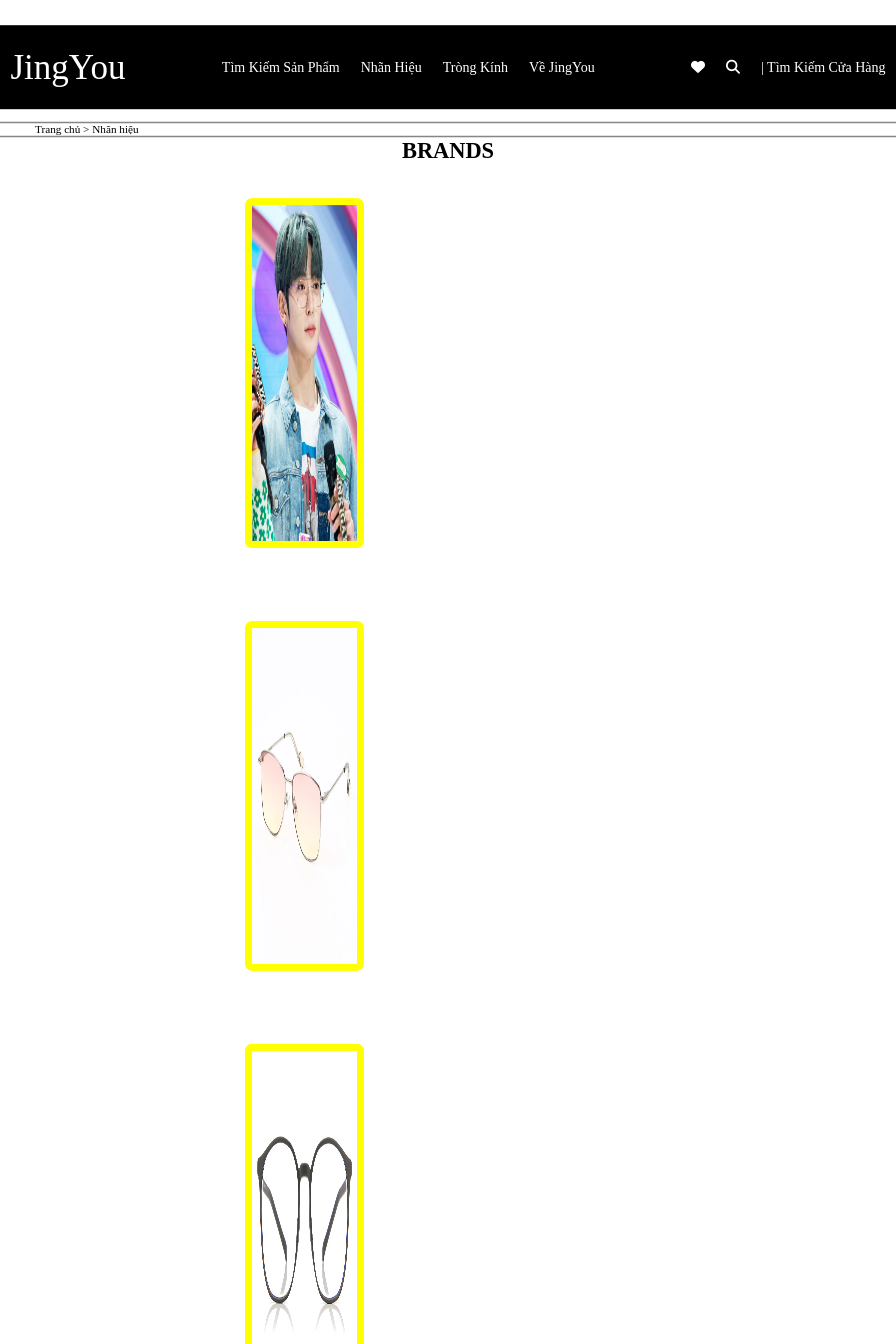
Repository: Cupid123588/Assignment
Page: bt2.html
An editor plug-in stored every save of this project. The page is shown before and after the next save, followed by the edit.
The browser window is 1280 px wide. The pictures show the part of the page from y = 0 to 1920 px (the page is 5391 px tall before and 4991 px after), at 70% of full size.

Above is the page before, as saved 2022-10-18 16:11:03.

After the next save:
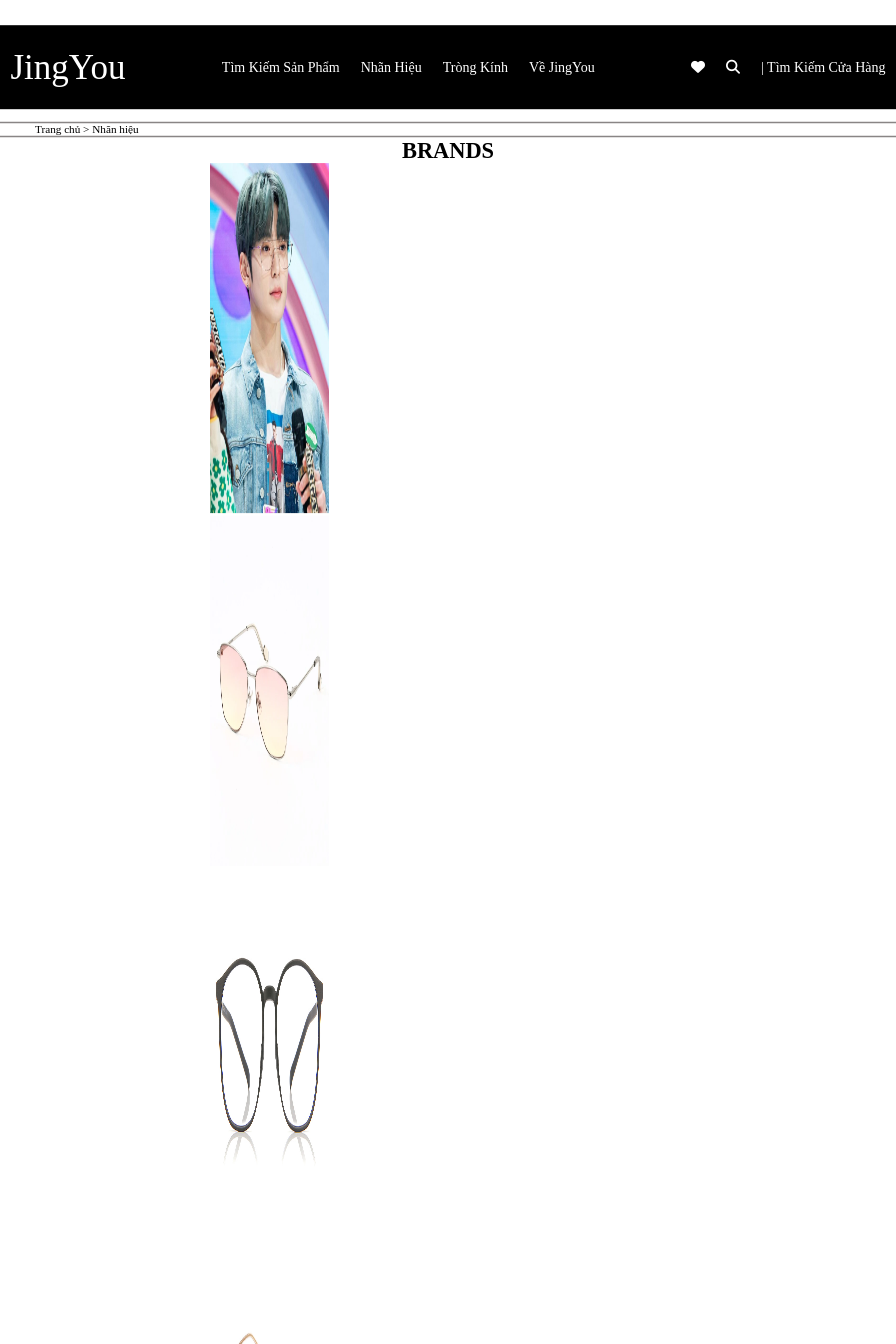
Saved 94 s later.
--- a/bt2.html
+++ b/bt2.html
@@ -54,11 +54,14 @@
 </div>
 <div class="mtp_mtp">
     <div class="mtp">
-        <img class="mtp1" src="./EWViqEvWsAEmVYW.jpg" alt="" width="200" height="500">
-        <img class="mtp1" src="./-gongkinh-gmsid-23900151_2edce8f3f349451496e03afc6b79ac8c_master.webp" alt="" width="150" height="500">
-        <img class="mtp1" src="./724455ee-0a0b-4879-9e60-a1ffa4dc0d13.jpeg" alt="" width="200" height="500">
-        <img class="mtp1" src="./83438_t1__51-18-149_tem1560_702233e94cc54b94b846a3a1c95b9a0a_master.webp" alt="" width="200" height="500">
-        <br>
+        <div>
+            <img class="mtp1" src="./EWViqEvWsAEmVYW.jpg" alt="" width="200" height="500">
+            <img class="mtp1" src="./-gongkinh-gmsid-23900151_2edce8f3f349451496e03afc6b79ac8c_master.webp" alt="" width="150" height="500">
+            <img class="mtp1" src="./724455ee-0a0b-4879-9e60-a1ffa4dc0d13.jpeg" alt="" width="200" height="500">
+            <img class="mtp1" src="./83438_t1__51-18-149_tem1560_702233e94cc54b94b846a3a1c95b9a0a_master.webp" alt="" width="200" height="500">
+            <br>
+        </div>
+
     </div>
     <div class="mtp">
         <img class="mtp1" src="./a99fe480ad4666183f571_c55824aaf202454c8dd8931994c012f5_master.webp" alt="" width="200" height="500">
